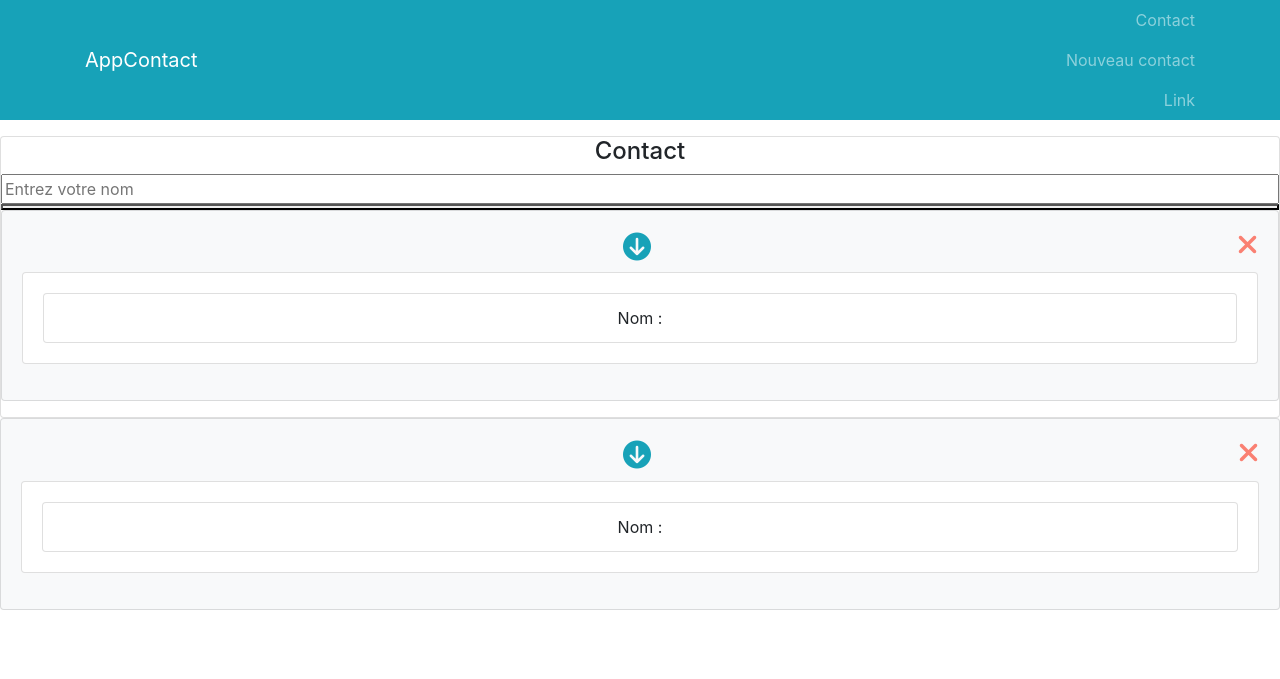
Repository: romgrm/appContact
Page: /
An editor plug-in stored every save of this project. The page is shown before and after a run of saves, followed by the edit.
The browser window is 1280 px wide. The pictures show the whole page.
Some web libraries are served in a nearby version. The project was rebuilt for these pictures with package versions that can differ from the ones it lists, and the page was loaded fresh each time. Also part of the build but not shown: src/Components/Liste.js.

Above is the page before, as saved 2020-12-03 16:31:32.

### public/index.html
<!DOCTYPE html>
<html lang="en">
  <head>
    <meta charset="utf-8" />
    <link rel="icon" href="%PUBLIC_URL%/favicon.ico" />
    <meta name="viewport" content="width=device-width, initial-scale=1" />
    <meta name="theme-color" content="#000000" />
    <meta
      name="description"
      content="Web site created using create-react-app"
    />
    <link rel="apple-touch-icon" href="%PUBLIC_URL%/logo192.png" />

    <link rel="manifest" href="%PUBLIC_URL%/manifest.json" />

    <title>React App</title>
  </head>
  <body>
    <noscript>You need to enable JavaScript to run this app.</noscript>
    <div id="root"></div>
    <script src="https://kit.fontawesome.com/f66925acc9.js" crossorigin="anonymous"></script>

  </body>
</html>

### src/App.js
import Header from './Components/Header'
import Liste from './Components/Liste'
import Contact from './Components/Contact'

import 'bootstrap/dist/css/bootstrap.min.css'
import AddContact from './Components/AddContact'


function App() {
  return (
    <div className="App">
       <Header />
      <AddContact />
      <Contact />
      {/* // <div className="container pt-4">
      //   <Contact />
      // </div> */}
    </div>
  );
}

export default App;

### src/Components/Header.js
import React, { Component } from 'react'

export default class Header extends Component {
    render() {
        return (
            <React.Fragment>
                <nav className="navbar navbar-dark bg-info mb-3 py-0">
                    <div className="container">
                        <a href="/" className="navbar-brand">AppContact</a>
                        <ul className="navbar-nav">
                            <li className="nav-item ml-auto">
                                <a className="nav-link " href="#">Contact</a>
                            </li>
                            <li className="nav-item ml-auto">
                                <a className="nav-link" href="#">Nouveau contact</a>
                            </li>
                            <li className="nav-item ml-auto">
                                <a className="nav-link" href="#">Link</a>
                            </li>
                        </ul>
                    </div>
                </nav>

            </React.Fragment>

        )
    }
}

### src/Components/Contact.js
import React, { Component } from 'react'

export default class Contact extends Component {

    state = {
        show: true,
    }



    // onChange = (event) => {
    //     this.setState({
    //         nom: event.target.value
    //     })
    //     //console.log(this.state.entreeClavier)
    // }

    // onSubmit = (event) => {
    //     event.preventDefault();
    //     this.setState({
    //         nom: '',
    //         nom: this.state.nom

    //     })
    // }

    // Fonction qui permet de faire l'inverse de show (tips: on fait une fonction flechée car les fonctions simple ne peuvent être référencées avec le this.nomdelafunction)
    display = () => {
        this.setState({
            show: !this.state.show
        }, console.log(this.state.show))
    }

    // Fonction qui permet de récupérer la fonction anonyme Delete() qui va permettre de supprimer un contact via son Id (l'id courant) et cette function va elle-même s'executer via le clic sur la croix
    // deleteContact = () => {
    //     this.props.Delete()
    // }

    render() {
        return (
            <div className="card card-body bg-light text-center mb-3">
                <p className="h3">{this.props.Contact}&nbsp; <i style={{cursor: 'pointer', color: '#18A2B8'}} className="fas fa-arrow-circle-down"
                onClick={this.display}></i>
                <i className="fas fa-times" style={{float:'right', cursor: 'pointer', color: 'salmon'}}
                // onClick={this.deleteContact}
                ></i>
                </p>
                {/*Opération ternaire qui permet de dire : est ce que le show de state est 'true' ? si oui, affiche moi les données, si non, return null, donc cache les */}
                {this.state.show ? (
                    <ul className="card card-body">
                    <li className="list-group-item"> Nom : {this.props.dataNom}</li>
                    {/* <li className="list-group-item"> Prénom : {this.props.Prenom}</li>
                    <li className="list-group-item"> Mail : {this.props.Mail}</li> */}
                </ul>
                ) : null}
            </div>
        )
    }
}

### src/Components/AddContact.js
import React, { Component } from 'react'
import Contact from './Contact'

export default class AddContact extends Component {

    state = {
        nom: '',
        prenom: '',
        mail: ''
    }

    onChange=(event) => {
        this.setState({
            nom: event.target.value
        })
    }

    onSubmit=(event)=> {
        this.setState({
            nom: '',
            nom: this.state.nom
        }, console.log(this.state.nom))
    }
    render() {
        return (
            <div className="card body-card text-center">
                <h4>Contact</h4>
                <input
                name="Nom"
                placeholder="Entrez votre nom"
                onChange={this.onChange}
                value= {this.state.nom}
                ></input>

                <button onClick={this.onSubmit}></button>
                <Contact
                dataNom = {this.state.nom}
                dataPrenom = {this.state.prenom}
                />
            </div>
        )
    }
}

Loaded but not shown: src/index.js (common file)

After the next 2 saves:
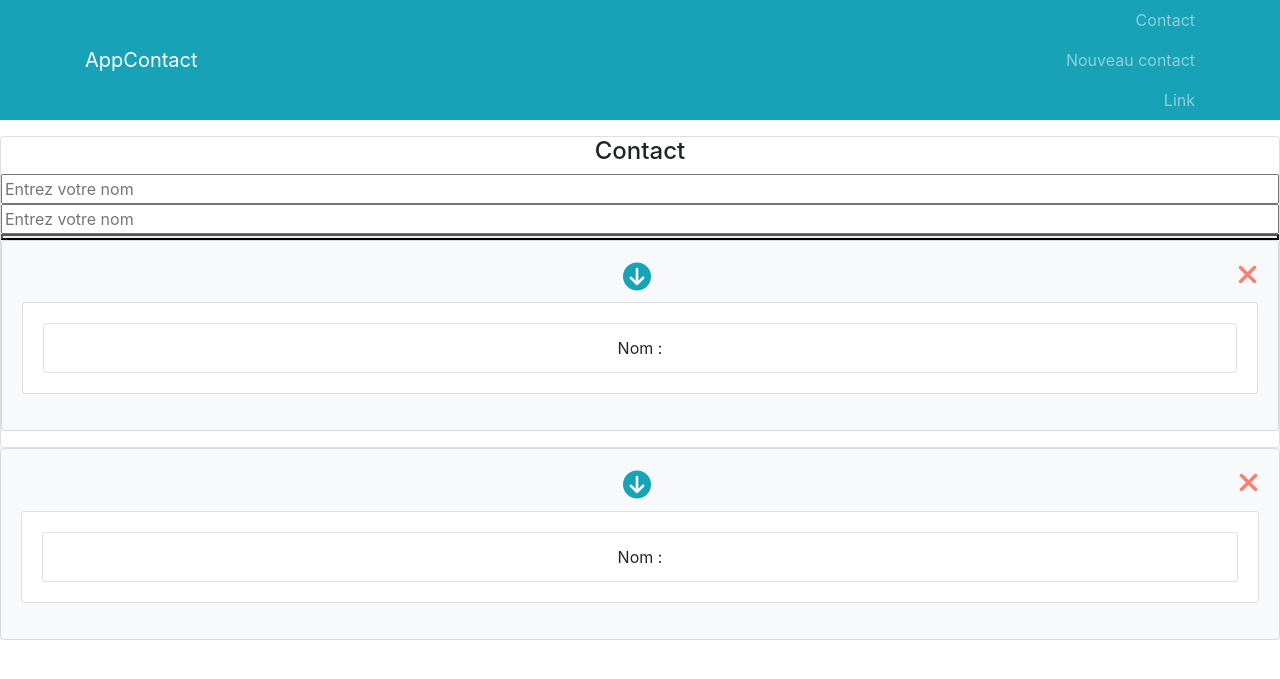
The 2 saves are shown as one change because they came seconds apart.
The last was saved 8 s later.
--- a/src/Components/AddContact.js
+++ b/src/Components/AddContact.js
@@ -31,7 +31,12 @@ export default class AddContact extends Component {
                 onChange={this.onChange}
                 value= {this.state.nom}
                 ></input>
-
+                <input
+                name="Prenom"
+                placeholder="Entrez votre nom"
+                onChange={this.onChange}
+                value= {this.state.nom}
+                ></input>
                 <button onClick={this.onSubmit}></button>
                 <Contact
                 dataNom = {this.state.nom}
